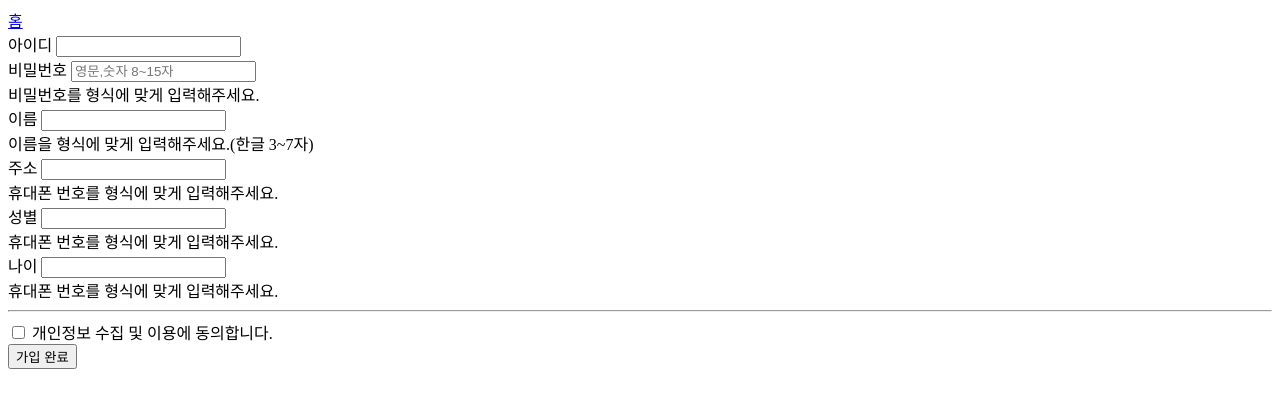
Repository: PacJ/spring_project
Page: http://localhost/spring_project/WEB-INF/views/user/signup.jsp
These files come from the project's save history. The page is drawn as it stood at one moment and after the next save; the edit follows.
The browser window is 1280 px wide. The pictures show the whole page.
The page is served by Tomcat 9. Nobody is signed in. The template is opened directly, without the code that normally fills it, so the values that code supplies are empty.

Above is the page before, as saved 2023-03-02 05:34:22.

After the next save:
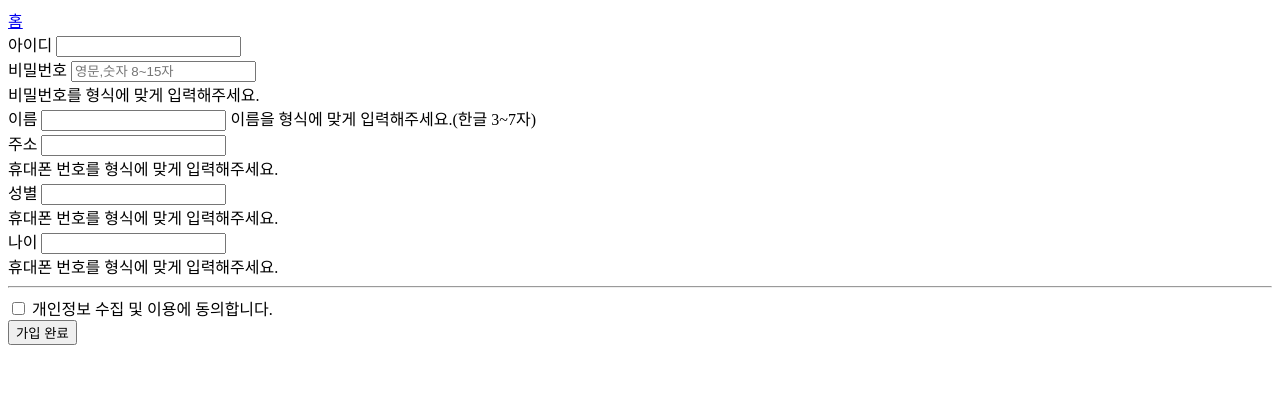
Saved 6 s later.
--- a/spring_project/src/main/webapp/WEB-INF/views/user/signup.jsp
+++ b/spring_project/src/main/webapp/WEB-INF/views/user/signup.jsp
@@ -39,7 +39,6 @@
 	           <div class="mb-3">
 	              <label for="name">이름</label>
 	              <input type="text" class="form-control" name="userName"
-	              pattern="[가-힣]{3,7}" placeholder="" required>
 	              <div class="invalid-feedback">
 	                이름을 형식에 맞게 입력해주세요.(한글 3~7자)
 	              </div>

After the save that followed:
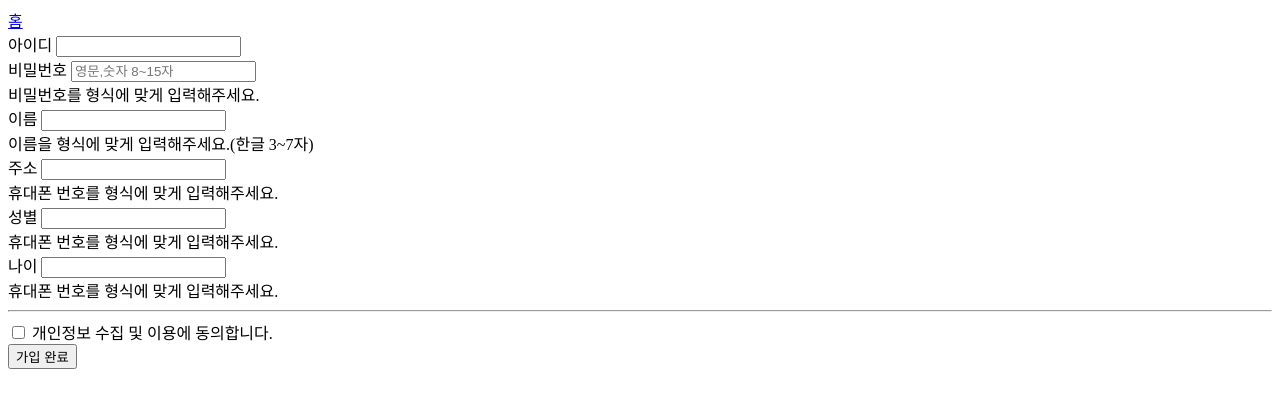
Saved 15 s later.
--- a/spring_project/src/main/webapp/WEB-INF/views/user/signup.jsp
+++ b/spring_project/src/main/webapp/WEB-INF/views/user/signup.jsp
@@ -38,7 +38,7 @@
 
 	           <div class="mb-3">
 	              <label for="name">이름</label>
-	              <input type="text" class="form-control" name="userName"
+	              <input type="text" class="form-control" name="userName" />
 	              <div class="invalid-feedback">
 	                이름을 형식에 맞게 입력해주세요.(한글 3~7자)
 	              </div>
